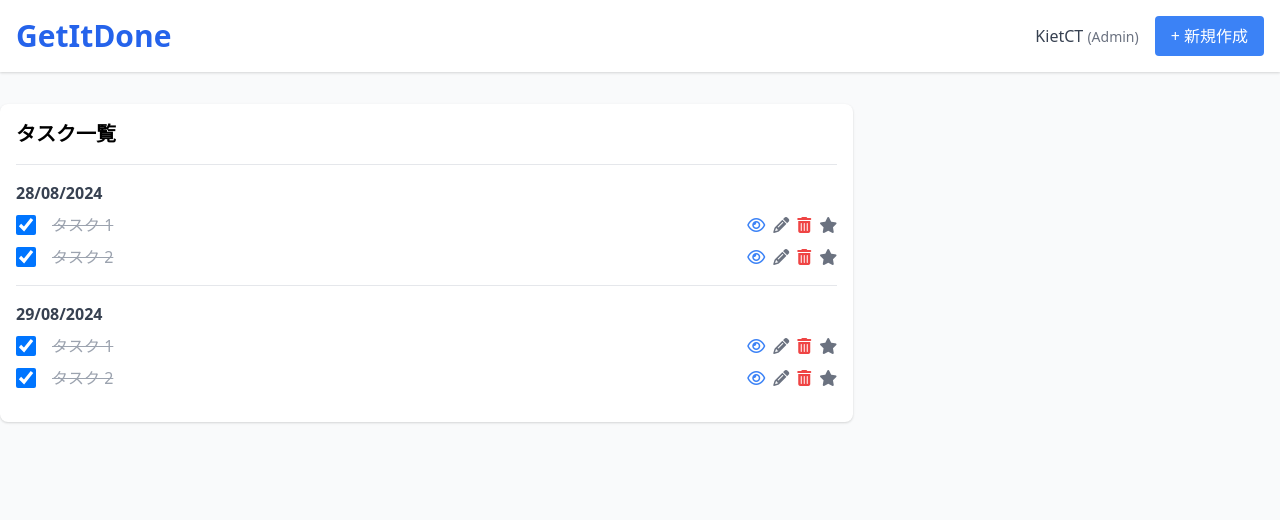
Repository: TuanAnhNguyen723/todolist
Page: mainscreen.html
These files come from the project's save history. The page is drawn as it stood at one moment and after the next save; the edit follows.
The browser window is 1280 px wide. The pictures show the whole page.
Some web libraries are served in a nearby version.

Above is the page before, as saved 2024-09-24 21:34:44.

### mainscreen.html
<!DOCTYPE html>
<html lang="ja">
  <head>
    <meta charset="UTF-8" />
    <meta name="viewport" content="width=device-width, initial-scale=1.0" />
    <title>GetItDone Task List</title>
    <link
      href="https://cdn.jsdelivr.net/npm/tailwindcss@2.2.19/dist/tailwind.min.css"
      rel="stylesheet"
    />
    <link
      rel="stylesheet"
      href="https://cdnjs.cloudflare.com/ajax/libs/font-awesome/6.6.0/css/all.min.css"
    />
  </head>
  <body class="bg-gray-50">
    <!-- Header Section -->
    <header class="bg-white shadow p-4 flex justify-between items-center">
      <div class="flex items-center">
        <h1 class="text-3xl font-bold text-blue-600">GetItDone</h1>
      </div>
      <div class="flex items-center">
        <span class="text-gray-700 mr-4"
          >KietCT <span class="text-sm text-gray-500">(Admin)</span></span
        >
        <button class="bg-blue-500 text-white px-4 py-2 rounded">
          + 新規作成
        </button>
      </div>
    </header>

    <!-- Main Section -->
    <main class="container mx-auto mt-8">
      <div class="flex justify-between">
        <!-- Task List -->
        <div class="w-2/3 bg-white p-4 shadow rounded-lg">
          <h2 class="text-xl font-bold mb-4">タスク一覧</h2>
          <!-- Task Group 1 -->
          <div class="mb-4 border-t pt-4">
            <h3 class="font-bold text-gray-700">28/08/2024</h3>

            <!-- Task 1 -->
            <div class="flex justify-between items-center space-x-4 my-2">
              <div class="flex items-center space-x-4">
                <input
                  type="checkbox"
                  class="form-checkbox h-5 w-5 toggle-complete"
                  checked
                />
                <span class="text-gray-400 line-through task-text"
                  >タスク 1</span
                >
              </div>
              <div class="flex space-x-2">
                <button class="text-blue-500 hover:text-blue-700">
                  <i class="fa fa-eye"></i>
                </button>
                <button class="text-gray-500 hover:text-gray-700">
                  <i class="fa fa-pencil"></i>
                </button>
                <button class="text-red-500 hover:text-red-700">
                  <i class="fa fa-trash"></i>
                </button>
                <button class="text-gray-500 hover:text-yellow-500 star-icon">
                  <i class="fa fa-star"></i>
                </button>
              </div>
            </div>

            <!-- Task 2 -->
            <div class="flex justify-between items-center space-x-4 my-2">
              <div class="flex items-center space-x-4">
                <input
                  type="checkbox"
                  class="form-checkbox h-5 w-5 toggle-complete"
                  checked
                />
                <span class="text-gray-400 line-through task-text"
                  >タスク 2</span
                >
              </div>
              <div class="flex space-x-2">
                <button class="text-blue-500 hover:text-blue-700">
                  <i class="fa fa-eye"></i>
                </button>
                <button class="text-gray-500 hover:text-gray-700">
                  <i class="fa fa-pencil"></i>
                </button>
                <button class="text-red-500 hover:text-red-700">
                  <i class="fa fa-trash"></i>
                </button>
                <button class="text-gray-500 hover:text-yellow-500 star-icon">
                  <i class="fa fa-star"></i>
                </button>
              </div>
            </div>
          </div>

          <!-- Task Group 2 -->
          <div class="mb-4 border-t pt-4">
            <h3 class="font-bold text-gray-700">29/08/2024</h3>

            <!-- Task 1 -->
            <div class="flex justify-between items-center space-x-4 my-2">
              <div class="flex items-center space-x-4">
                <input
                  type="checkbox"
                  class="form-checkbox h-5 w-5 toggle-complete"
                  checked
                />
                <span class="text-gray-400 line-through task-text"
                  >タスク 1</span
                >
              </div>
              <div class="flex space-x-2">
                <button class="text-blue-500 hover:text-blue-700">
                  <i class="fa fa-eye"></i>
                </button>
                <button class="text-gray-500 hover:text-gray-700">
                  <i class="fa fa-pencil"></i>
                </button>
                <button class="text-red-500 hover:text-red-700">
                  <i class="fa fa-trash"></i>
                </button>
                <button class="text-gray-500 hover:text-yellow-500 star-icon">
                  <i class="fa fa-star"></i>
                </button>
              </div>
            </div>

            <!-- Task 2 -->
            <div class="flex justify-between items-center space-x-4 my-2">
              <div class="flex items-center space-x-4">
                <input
                  type="checkbox"
                  class="form-checkbox h-5 w-5 toggle-complete"
                  checked
                />
                <span class="text-gray-400 line-through task-text"
                  >タスク 2</span
                >
              </div>
              <div class="flex space-x-2">
                <button class="text-blue-500 hover:text-blue-700">
                  <i class="fa fa-eye"></i>
                </button>
                <button class="text-gray-500 hover:text-gray-700">
                  <i class="fa fa-pencil"></i>
                </button>
                <button class="text-red-500 hover:text-red-700">
                  <i class="fa fa-trash"></i>
                </button>
                <button class="text-gray-500 hover:text-yellow-500 star-icon">
                  <i class="fa fa-star"></i>
                </button>
              </div>
            </div>

          </div>
        </div>

        <!-- Task Completion Summary -->
        <div
          id="task-summary"
          class="fixed inset-0 bg-gray-600 bg-opacity-50 flex justify-center items-center hidden"
        >
          <div class="bg-white p-6 rounded-lg shadow-lg w-1/3">
            <h3 class="font-bold text-gray-700">28/08/2024:</h3>
            <p class="text-gray-700">• 完了タスク: 1/2</p>
            <p class="text-gray-700">• スタータスク: 0</p>
            <h3 class="font-bold text-gray-700 mt-4">29/08/2024:</h3>
            <p class="text-gray-700">• 完了タスク: 2/3</p>
            <p class="text-gray-700">• スタータスク: 1</p>
            <button
              id="close-popup"
              class="mt-4 bg-blue-500 text-white px-4 py-2 rounded"
            >
              Đóng
            </button>
          </div>
        </div>
      </div>
    </main>

    <!-- Icons FontAwesome -->
    <script src="https://kit.fontawesome.com/a076d05399.js"></script>
    <script src="./mainscreen.js"></script>
  </body>
</html>

### mainscreen.js
// Lấy các phần tử từ DOM
const editButtons = document.querySelectorAll(".fa-pencil"); // Tất cả các icon bút
const taskSummary = document.getElementById("task-summary"); // Phần popup Task Completion Summary
const closePopupButton = document.getElementById("close-popup"); // Nút đóng

// Khi người dùng bấm vào icon bút
editButtons.forEach((button) => {
  button.addEventListener("click", () => {
    taskSummary.classList.remove("hidden"); // Hiển thị pop-up
  });
});

// Khi người dùng bấm vào nút Đóng trong pop-up
closePopupButton.addEventListener("click", () => {
  taskSummary.classList.add("hidden"); // Ẩn pop-up
});

// Xử lý sự kiện khi click vào checkbox để gạch ngang hoặc bỏ gạch ngang
document.querySelectorAll(".toggle-complete").forEach((checkbox) => {
  checkbox.addEventListener("change", function () {
    const taskText = this.parentElement.querySelector(".task-text");
    if (this.checked) {
      taskText.classList.add("line-through", "text-gray-400");
    } else {
      taskText.classList.remove("line-through", "text-gray-400");
    }
  });
});

// Xử lý sự kiện khi click vào icon ngôi sao
document.querySelectorAll(".star-icon").forEach((star) => {
  star.addEventListener("click", function () {
    const taskText =
      this.parentElement.parentElement.querySelector(".task-text");
    // Toggle màu ngôi sao
    this.classList.toggle("text-yellow-500");
    // Toggle màu chữ của task
    if (this.classList.contains("text-yellow-500")) {
      taskText.classList.add("text-yellow-600");
    } else {
      taskText.classList.remove("text-yellow-600");
    }
  });
});

After the next save:
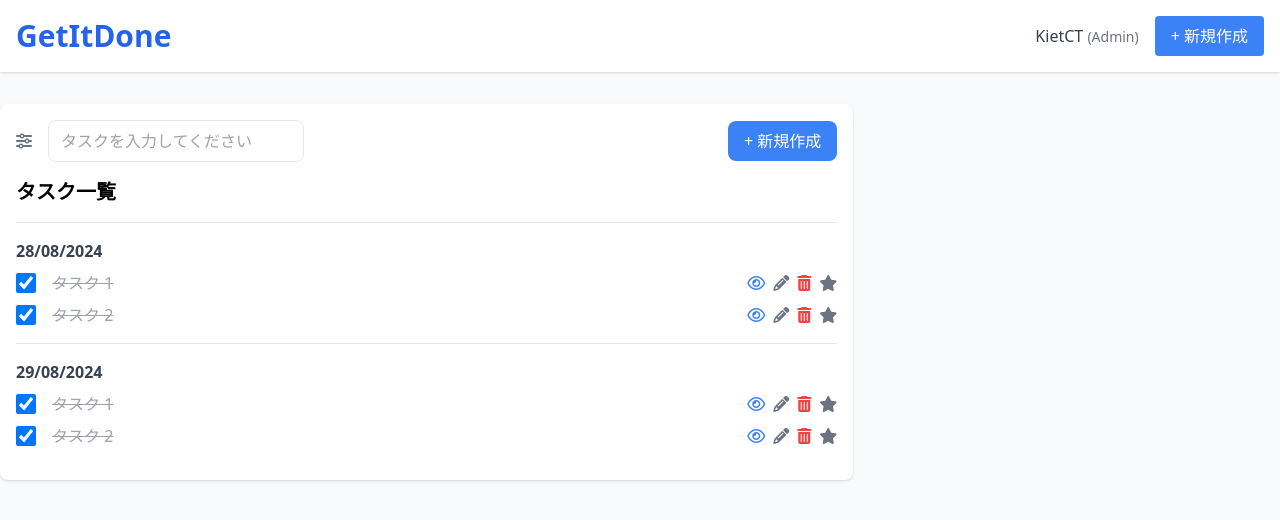
Saved 3 min 43 s later.
--- a/mainscreen.html
+++ b/mainscreen.html
@@ -34,6 +34,27 @@
       <div class="flex justify-between">
         <!-- Task List -->
         <div class="w-2/3 bg-white p-4 shadow rounded-lg">
+          <!-- Task List Header with Search and Create Button -->
+          <div class="flex justify-between items-center mb-4">
+            <div class="flex space-x-4 items-center">
+              <!-- Filter Icon -->
+              <button class="text-gray-500 hover:text-gray-700">
+                <i class="fas fa-sliders-h"></i>
+              </button>
+
+              <!-- Search Input -->
+              <input
+                type="text"
+                class="border rounded-lg px-3 py-2 w-64"
+                placeholder="タスクを入力してください"
+              />
+            </div>
+
+            <!-- New Task Button -->
+            <button class="bg-blue-500 text-white px-4 py-2 rounded-lg">
+              + 新規作成
+            </button>
+          </div>
           <h2 class="text-xl font-bold mb-4">タスク一覧</h2>
           <!-- Task Group 1 -->
           <div class="mb-4 border-t pt-4">
@@ -155,7 +176,6 @@
                 </button>
               </div>
             </div>
-
           </div>
         </div>
 
